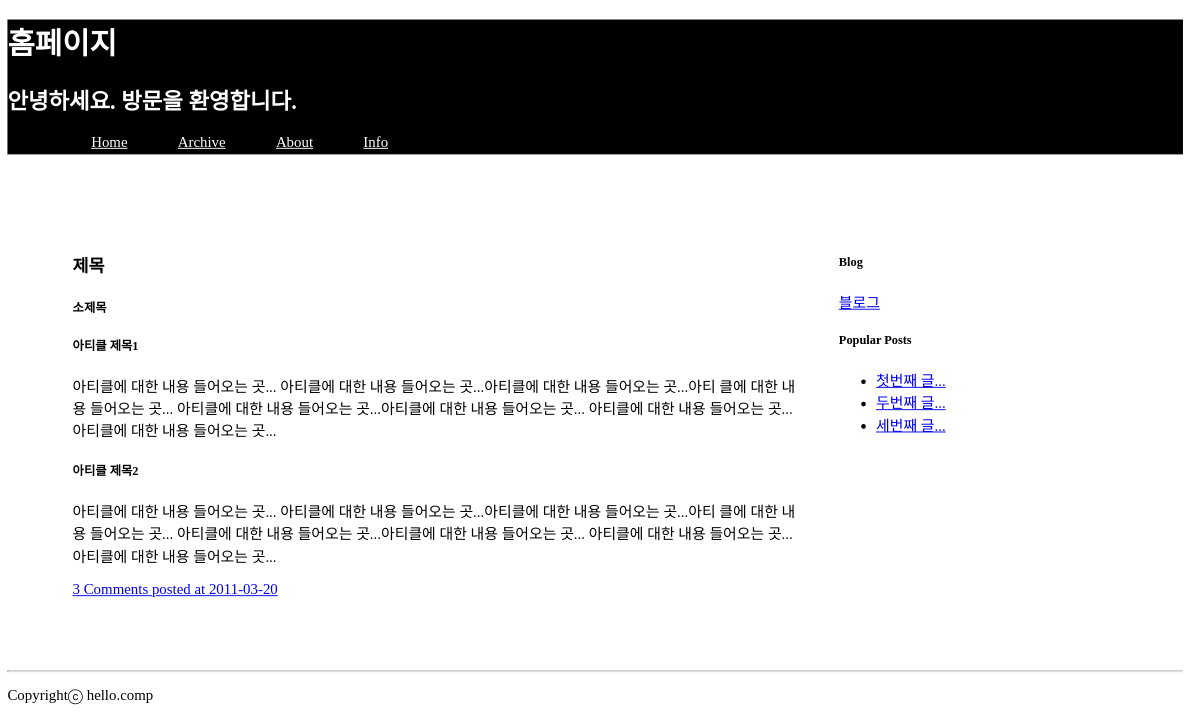
Repository: harin1212/PDA-frontend
Page: 김하린_0728_2/hw2.html
The author's editor kept a copy of each file at every save. The page is drawn from the files as they stood at one save, then again after the next save.
The browser window is 1280 px wide. The pictures show the whole page, at 93% of full size.

Above is the page before, as saved 2023-07-31 09:55:23.

After the next save:
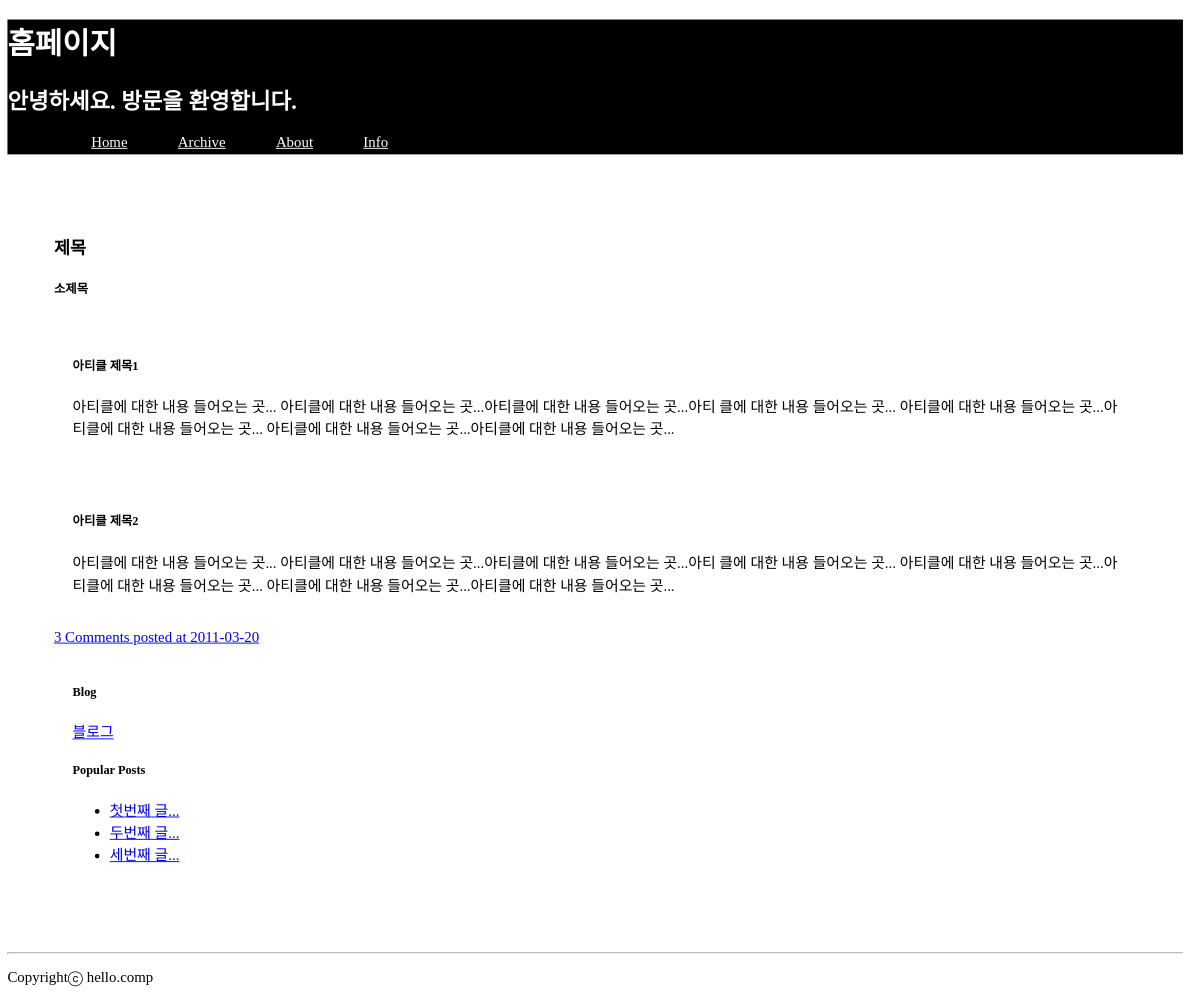
Saved 6 min 7 s later.
--- a/김하린_0728_2/hw2.html
+++ b/김하린_0728_2/hw2.html
@@ -28,10 +28,10 @@
     </header>
 
     <div class="container">
-        <article>
+        <section>
             <h3>제목</h3>
             <h5>소제목</h5>
-            <section>
+            <article>
                 <h5>아티클 제목1</h5>
                 <p>아티클에 대한 내용 들어오는 곳...
                     아티클에 대한 내용 들어오는 곳...아티클에 대한 내용 들어오는 곳...아티
@@ -39,8 +39,8 @@
                     아티클에 대한 내용 들어오는 곳...아티클에 대한 내용 들어오는 곳...
                     아티클에 대한 내용 들어오는 곳...아티클에 대한 내용 들어오는 곳...
                 </p>
-            </section>
-            <section>
+            </article>
+            <article>
                 <h5>아티클 제목2</h5>
                 <p>아티클에 대한 내용 들어오는 곳...
                     아티클에 대한 내용 들어오는 곳...아티클에 대한 내용 들어오는 곳...아티
@@ -48,10 +48,10 @@
                     아티클에 대한 내용 들어오는 곳...아티클에 대한 내용 들어오는 곳...
                     아티클에 대한 내용 들어오는 곳...아티클에 대한 내용 들어오는 곳...
                 </p>
-            </section>
+            </article>
             <a href="#">3 Comments posted at 2011-03-20</a>
 
-        </article>
+        </ㄴ>
 
         <aside>
             <section>
